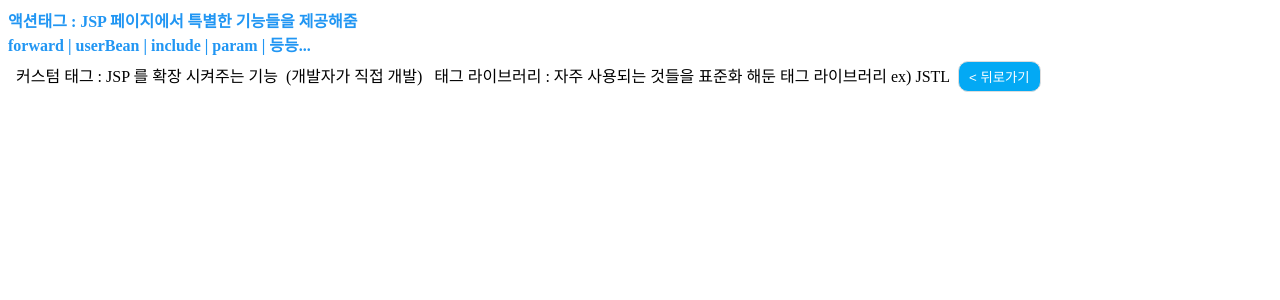
Repository: hyejux/JSP_STUDY
Page: http://localhost/JSPPractice2/JSP_ex5.jsp
An editor plug-in stored every save of this project. The page is shown before and after the next save, followed by the edit.
The browser window is 1280 px wide. The pictures show the whole page.
The page is served by Tomcat 9. Other server files are loaded and not shown.

Above is the page before, as saved 2025-01-07 16:44:37.

### JSPPractice2/src/main/webapp/JSP_ex5.jsp
<%@ page language="java" contentType="text/html; charset=UTF-8"
    pageEncoding="UTF-8"%>
<!DOCTYPE html>
<html>
<head>
<meta charset="UTF-8">
<title> 액션 태그 소개 </title>
<link rel="stylesheet" type="text/css" href="css/style.css"> </link>
</head>
<body>

<div class="info">
	<div> 액션태그 : JSP 페이지에서 특별한 기능들을 제공해줌  </div>
	<div> forward | userBean | include | param | 등등... </div>
</div>

<div class="point">  </div>
<%-- 	<jsp:forward page="index.jsp"/> --%>



커스텀 태그 : JSP 를 확장 시켜주는 기능  (개발자가 직접 개발)

태그 라이브러리 : 자주 사용되는 것들을 표준화 해둔 태그 라이브러리 ex) JSTL

<button type="button" class="btn1"  onclick = "location.href='index.jsp'"> < 뒤로가기 </button>
</body>
</html>

### JSPPractice2/src/main/webapp/css/style.css
.info{
	color : #2196f3;
	font-weight: bold;
}

.btn1 {
	border: 1px solid #ddd;
    color: #ffffff;
    border-radius: 10px;
    padding: 5px 10px;
    background: #03A9F4;
    margin-top: 5px;
}

.point {
	color : red;
}

After the next save:
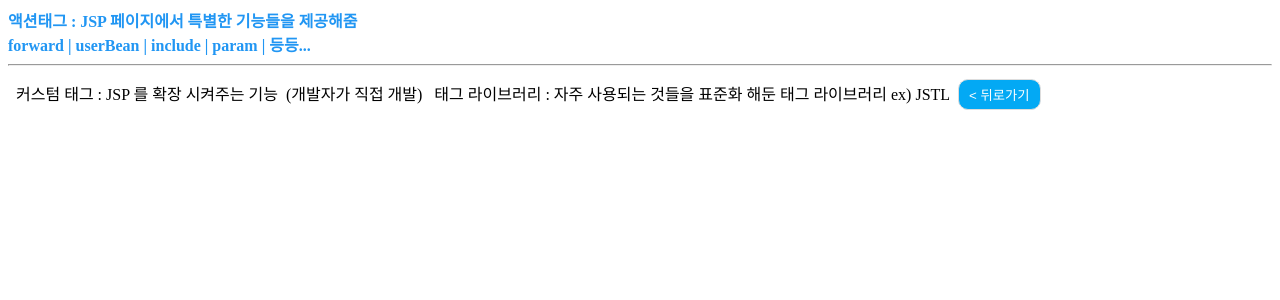
Saved 2 min 45 s later.
--- a/JSPPractice2/src/main/webapp/JSP_ex5.jsp
+++ b/JSPPractice2/src/main/webapp/JSP_ex5.jsp
@@ -9,13 +9,15 @@
 </head>
 <body>
 
-<div class="info">
-	<div> 액션태그 : JSP 페이지에서 특별한 기능들을 제공해줌  </div>
-	<div> forward | userBean | include | param | 등등... </div>
-</div>
+	<div class="info">
+		<div> 액션태그 : JSP 페이지에서 특별한 기능들을 제공해줌  </div>
+		<div> forward | userBean | include | param | 등등... </div>
+	</div>
 
-<div class="point">  </div>
-<%-- 	<jsp:forward page="index.jsp"/> --%>
+	<div class="point">  </div>
+	<%-- <jsp:forward page="index.jsp"/> --%>
+
+	<hr>
 
 
 
